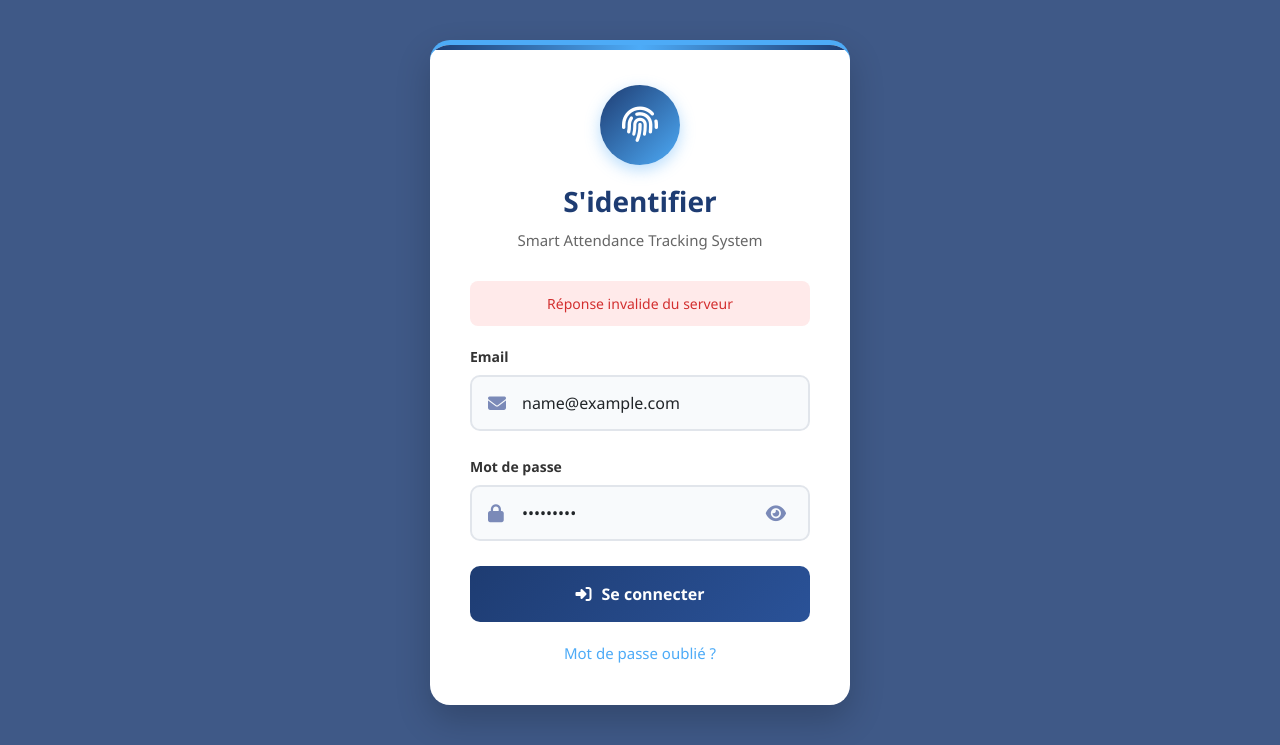
Repository: sana818/gestion
Page: connexion.html
These files come from the project's save history. The page is drawn as it stood at one moment and after a run of saves; the edit follows.
The browser window is 1280 px wide. The pictures show the whole page.
Empty fields were first filled with sample values (such as "Sample", 5 or name@example.com).
After loading, the first visible `#loginForm` was submitted once.

Above is the page before, as saved 2026-04-03 21:35:13.

After the next 2 saves:
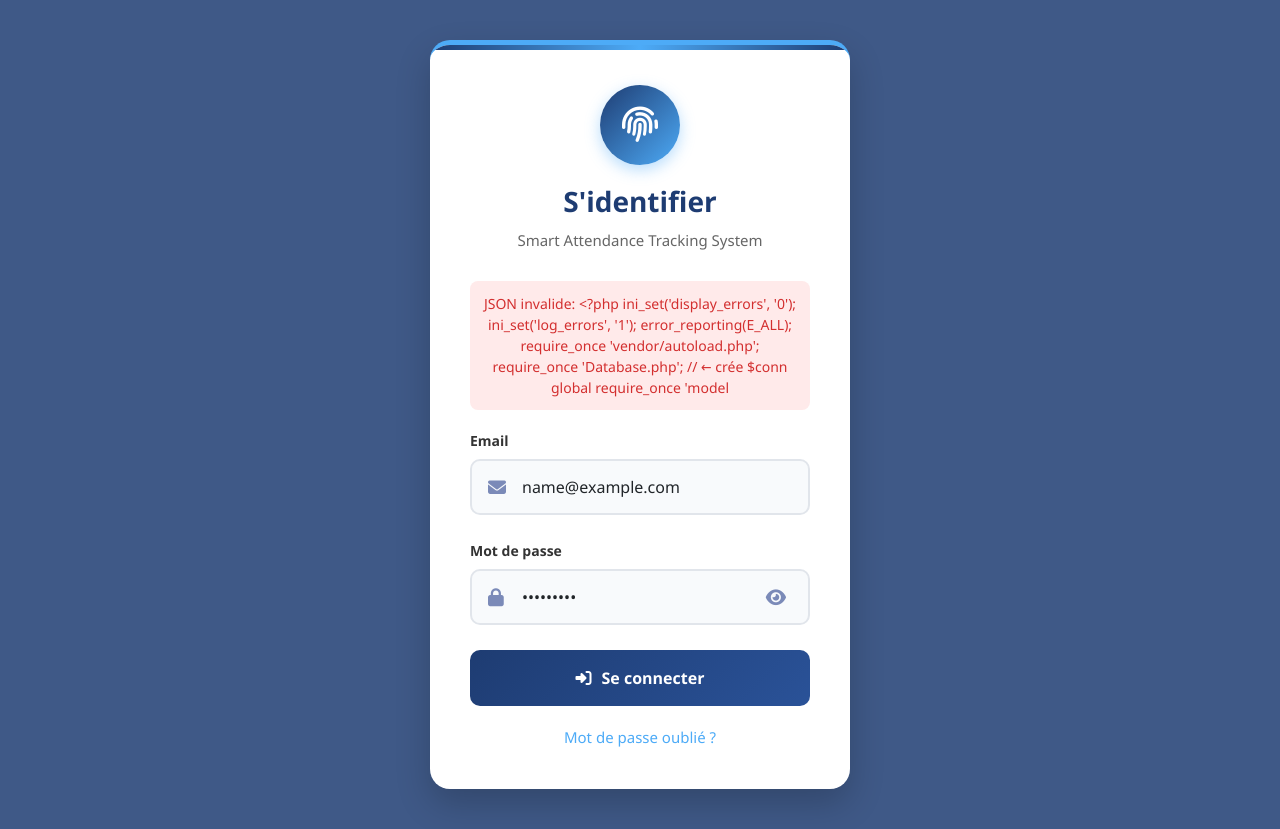
The 2 saves are shown as one change because they came seconds apart.
The last was saved 22 min 42 s later.
--- a/connexion.html
+++ b/connexion.html
@@ -323,61 +323,67 @@
       submitBtn.disabled = true;
 
       try {
-          const response = await fetch('controller-connection.php', {
-              method: 'POST',
-              headers: {
-                  'Content-Type': 'application/json',
-                  'Accept': 'application/json'
-              },
-              body: JSON.stringify({ email, mot_de_passe })
-          });
-
-          // Lire le texte brut d'abord pour éviter "Unexpected end of JSON"
-          const text = await response.text();
-          console.log('Réponse brute:', text); // ← pour voir ce qui arrive vraiment
-
-          if (!text || text.trim() === '') {
-              throw new Error('Le serveur a retourné une réponse vide');
-          }
-          let data;
-          try {
-              data = JSON.parse(text);
-          } catch (e) {
-              console.error('Réponse brute du serveur:', text);
-              throw new Error('Réponse invalide du serveur');
-          }
-
-          // PHP retourne 'error' pas 'message' — on gère les deux
-          const errorMsg = data.error || data.message || 'Erreur inconnue';
-
-          if (!response.ok || !data.success) {
-              throw new Error(errorMsg);
-          }
-
-          if (data.success) {
-              localStorage.setItem('jwt',    data.token);
-              localStorage.setItem('id',     data.id);
-              localStorage.setItem('email',  data.email);
-              localStorage.setItem('nom',    data.nom);
-              localStorage.setItem('prenom', data.prenom);
-              localStorage.setItem('role',   data.role);
-              localStorage.setItem('poste',  data.poste  || '');
-              localStorage.setItem('statut', data.statut || '');
-              localStorage.setItem('fid_code', data.fid_code || '');
-              localStorage.setItem('photo_profil', data.photo_profil || '');
-
-              if (data.redirect) {
-                  window.location.href = data.redirect;
-              }
-          }
-
-      } catch (error) {
-          console.error('Erreur:', error);
-          errorElement.textContent = error.message || 'Une erreur est survenue';
-          errorElement.classList.add('show');
-          submitBtn.innerHTML = originalHtml;
-          submitBtn.disabled = false;
-      }
+    let response;
+    try {
+        response = await fetch('controller-connection.php', {
+            method: 'POST',
+            headers: {
+                'Content-Type': 'application/json',
+                'Accept': 'application/json'
+            },
+            body: JSON.stringify({ email, mot_de_passe })
+        });
+    } catch (fetchError) {
+        throw new Error('Impossible de contacter le serveur: ' + fetchError.message);
+    }
+
+    console.log('Status HTTP:', response.status);
+    console.log('OK:', response.ok);
+
+    const text = await response.text();
+    console.log('Réponse brute:', text);
+
+    if (!text || text.trim() === '') {
+        throw new Error('Réponse vide - Status: ' + response.status);
+    }
+
+    let data;
+    try {
+        data = JSON.parse(text);
+    } catch (e) {
+        throw new Error('JSON invalide: ' + text.substring(0, 200));
+    }
+
+    const errorMsg = data.error || data.message || 'Erreur inconnue';
+
+    if (!response.ok || !data.success) {
+        throw new Error(errorMsg);
+    }
+
+    if (data.success) {
+        localStorage.setItem('jwt',    data.token);
+        localStorage.setItem('id',     data.id);
+        localStorage.setItem('email',  data.email);
+        localStorage.setItem('nom',    data.nom);
+        localStorage.setItem('prenom', data.prenom);
+        localStorage.setItem('role',   data.role);
+        localStorage.setItem('poste',  data.poste  || '');
+        localStorage.setItem('statut', data.statut || '');
+        localStorage.setItem('fid_code', data.fid_code || '');
+        localStorage.setItem('photo_profil', data.photo_profil || '');
+
+        if (data.redirect) {
+            window.location.href = data.redirect;
+        }
+    }
+
+} catch (error) {
+    console.error('Erreur complète:', error);
+    errorElement.textContent = error.message || 'Une erreur est survenue';
+    errorElement.classList.add('show');
+    submitBtn.innerHTML = originalHtml;
+    submitBtn.disabled = false;
+}
   });
 
   document.getElementById('togglePassword').addEventListener('click', function() {

After the 2 saves that followed:
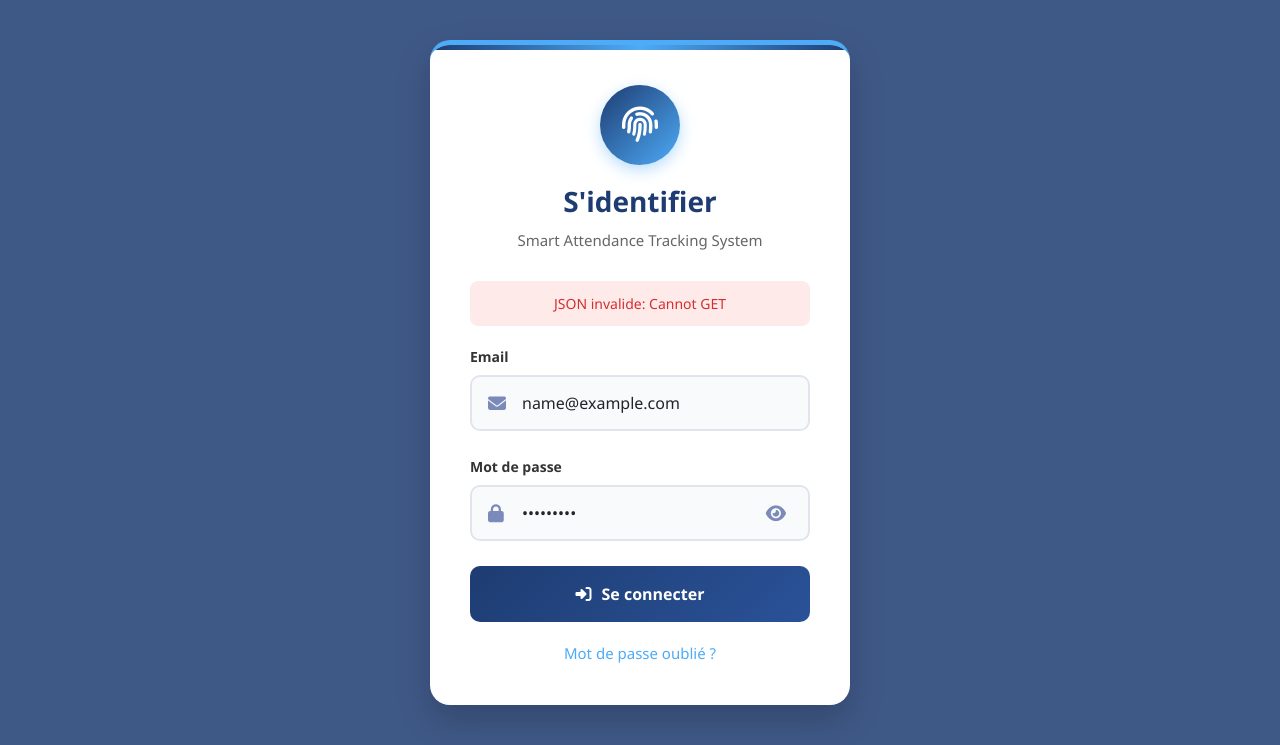
Not found: login.php
The 2 saves are shown as one change because they came seconds apart.
The last was saved 5 min 43 s later.
--- a/connexion.html
+++ b/connexion.html
@@ -325,7 +325,7 @@
       try {
     let response;
     try {
-        response = await fetch('controller-connection.php', {
+        response = await fetch('login.php', {
             method: 'POST',
             headers: {
                 'Content-Type': 'application/json',
